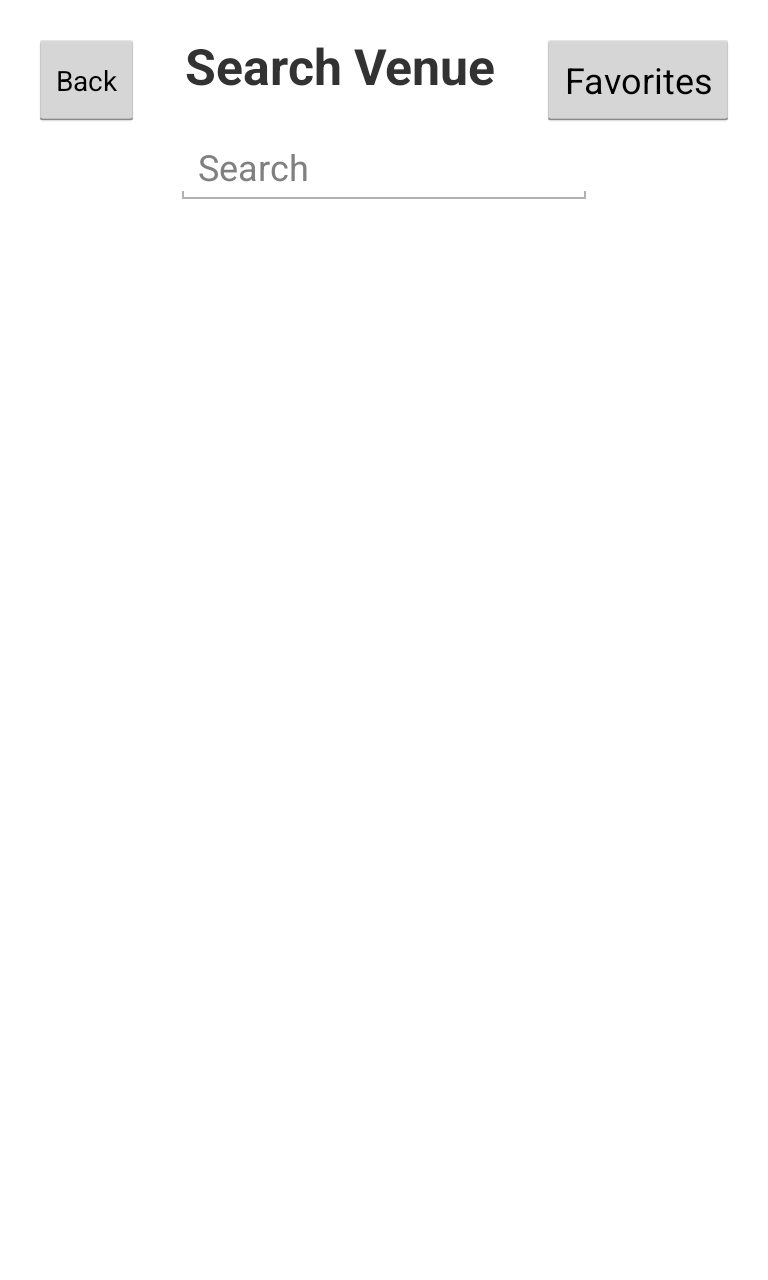
Repository: PotatoBiscuit/Thirstbuster
Layout: MobApp/workspace/DrinkAndGo/res/layout/activity_venue_search.xml
The author's editor kept a copy of each file at every save. The layout is drawn from the files as they stood at one save, then again after the next save.
It is drawn on a 768 x 1280 px phone screen (xhdpi) without system bars, with theme AppTheme; the app's code is not run. The app's manifest (not shown) leaves right-to-left support off. So textAlignment, textDirection and layoutDirection are ignored, and left and right values win over start and end ones.

Above is the layout before, as saved 2016-04-18 02:23:03.

### MobApp/workspace/DrinkAndGo/res/layout/activity_venue_search.xml
<LinearLayout xmlns:android="http://schemas.android.com/apk/res/android"
    xmlns:tools="http://schemas.android.com/tools"
    android:layout_width="match_parent"
    android:layout_height="match_parent"
    android:gravity="center_horizontal"
    android:orientation="vertical"
    android:paddingBottom="@dimen/activity_vertical_margin"
    android:paddingLeft="@dimen/activity_horizontal_margin"
    android:paddingRight="@dimen/activity_horizontal_margin"
    android:paddingTop="@dimen/activity_vertical_margin"
    android:focusableInTouchMode="true"
    tools:context="com.CS477.drinkandgo.activities.VenueSearchActivity" >

    <RelativeLayout
        android:layout_width="match_parent"
        android:layout_height="wrap_content" >

        <TextView
            android:id="@+id/title_search_venue"
            android:layout_width="wrap_content"
            android:layout_height="wrap_content"
            android:layout_alignParentTop="true"
            android:layout_centerHorizontal="true"
            android:layout_toEndOf="@id/backButton"
            android:layout_toLeftOf="@id/favorites_view"
            android:layout_toRightOf="@id/backButton"
            android:layout_toStartOf="@id/favorites_view"
            android:ems="10"
            android:gravity="center_horizontal"
            android:text="@string/search_venue"
            android:textSize="@dimen/title_size2"
            android:textStyle="bold" />

        <Button
            android:id="@+id/backButton"
            style="?android:attr/buttonStyleSmall"
            android:layout_width="wrap_content"
            android:layout_height="wrap_content"
            android:layout_alignParentStart="true"
            android:layout_alignParentTop="true"
            android:onClick="goBack"
            android:text="@string/back" />

        <Button
            android:id="@+id/favorites_view"
            android:layout_width="wrap_content"
            android:layout_height="wrap_content"
            android:layout_alignParentEnd="true"
            android:layout_alignParentTop="true"
            android:text="@string/favorites" />

    </RelativeLayout>

    <EditText
        android:id="@+id/search_value"
        android:layout_width="wrap_content"
        android:layout_height="wrap_content"
        android:ems="10"
        android:hint="@string/search" />

    <ScrollView
        android:layout_width="fill_parent"
        android:layout_height="wrap_content">
	    <LinearLayout
	        android:id="@+id/venue_list"
	        android:layout_width="match_parent"
	        android:layout_height="wrap_content"
	        android:layout_gravity="center_horizontal"
	        android:gravity="center_horizontal"
	        android:orientation="vertical" >

	    </LinearLayout>
	</ScrollView>

</LinearLayout>

### MobApp/workspace/DrinkAndGo/res/values/dimens.xml
<resources>

    <!-- Default screen margins, per the Android Design guidelines. -->
    <dimen name="activity_horizontal_margin">16dp</dimen>
    <dimen name="activity_vertical_margin">16dp</dimen>
    <dimen name="title_size">72px</dimen>
    <dimen name="button_margin">10dp</dimen>
    <dimen name="title_margin">50dp</dimen>
    <dimen name="title_size2">25dp</dimen>

</resources>

### MobApp/workspace/DrinkAndGo/res/values/strings.xml
<?xml version="1.0" encoding="utf-8"?>
<resources>

    <string name="app_name">DrinkAndGo</string>
    <string name="sign_in">Sign In</string>
    <string name="sign_up">Sign Up</string>
    <string name="title_activity_sign_in">SignInActivity</string>
    <string name="hello_world">Hello world!</string>
    <string name="action_settings">Settings</string>
    <string name="title_activity_sign_up">SignUpActivity</string>
    <string name="username">Username</string>
    <string name="password">Password</string>
    <string name="submit">Submit</string>
    <string name="title_activity_venue_search">VenueSearchActivity</string>
    <string name="name">Name</string>
    <string name="confirm_password">Re-enter Password</string>
    <string name="card_number">Credit Card Number</string>
    <string name="password_error">Passwords do not match!</string>
    <string name="input_error">All fields must be filled!</string>
    <string name="username_error">Username or password is incorrect!</string>
    <string name="username_not_unique">Username is already taken!</string>
    <string name="search_venue">Search Venue</string>
    <string name="search">Search</string>
    <string name="select">Select</string>
    <string name="title_activity_menu">MenuActivity</string>
    <string name="back">Back</string>
    <string name="cart">Cart</string>
    <string name="title_activity_cart">CartActivity</string>
    <string name="order">Order</string>
    <string name="self">Self-Service</string>
    <string name="table">Table-Service</string>
    <string name="enter_table_num">Enter Table Number</string>
    <string name="title_activity_order">OrderActivity</string>
    <string name="order_number">Order Number</string>
    <string name="status">Status</string>
	<string name="home">Return</string>
	<string name="new_order">New</string>
	<string name="favorites">Favorites</string>

</resources>

Loaded but not shown: MobApp/workspace/DrinkAndGo/res/values/styles.xml (common file); MobApp/workspace/DrinkAndGo/res/values-v11/styles.xml (common file); MobApp/workspace/DrinkAndGo/res/values-v14/styles.xml (common file); MobApp/workspace/DrinkAndGo/res/values-w820dp/dimens.xml (common file)

After the next save:
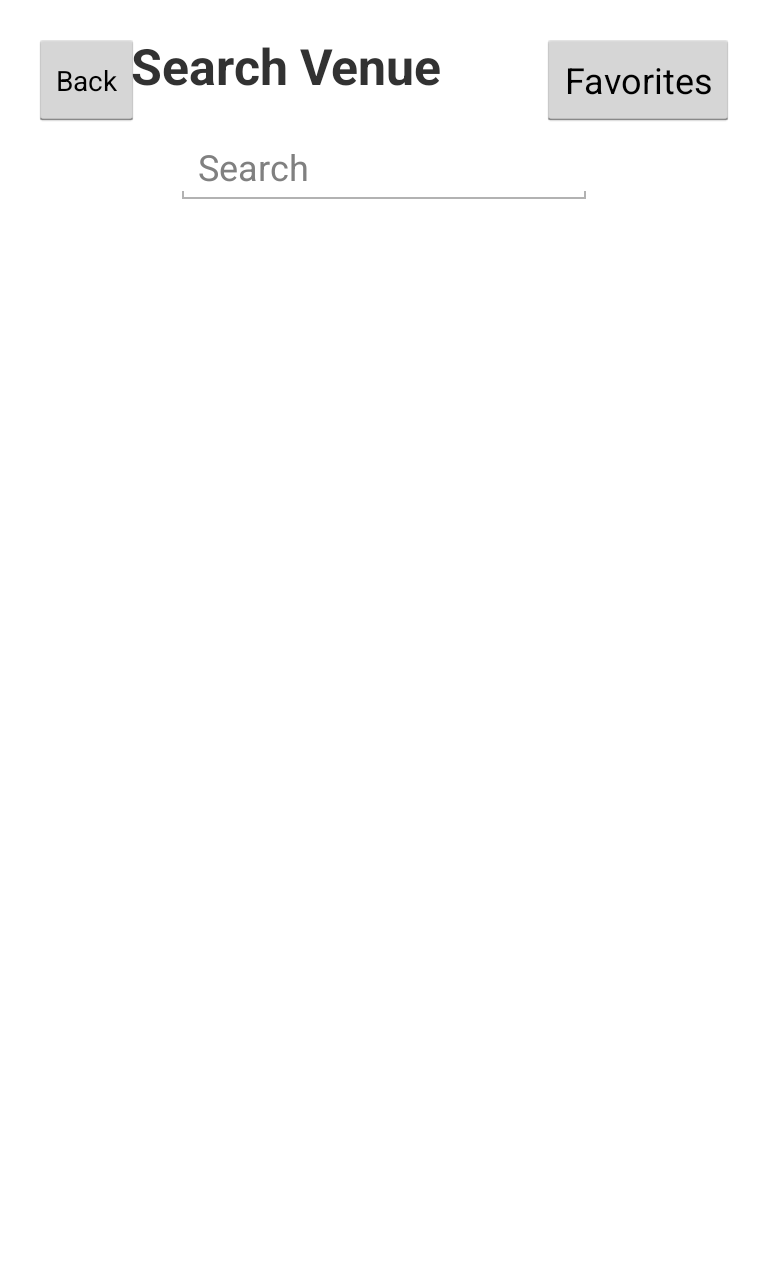
Saved 18 s later.
--- a/MobApp/workspace/DrinkAndGo/res/layout/activity_venue_search.xml
+++ b/MobApp/workspace/DrinkAndGo/res/layout/activity_venue_search.xml
@@ -22,8 +22,7 @@
             android:layout_alignParentTop="true"
             android:layout_centerHorizontal="true"
             android:layout_toEndOf="@id/backButton"
-            android:layout_toLeftOf="@id/favorites_view"
-            android:layout_toRightOf="@id/backButton"
+            android:layout_toRightOf="@dimen/activity_horizontal_margin"
             android:layout_toStartOf="@id/favorites_view"
             android:ems="10"
             android:gravity="center_horizontal"

After the save that followed:
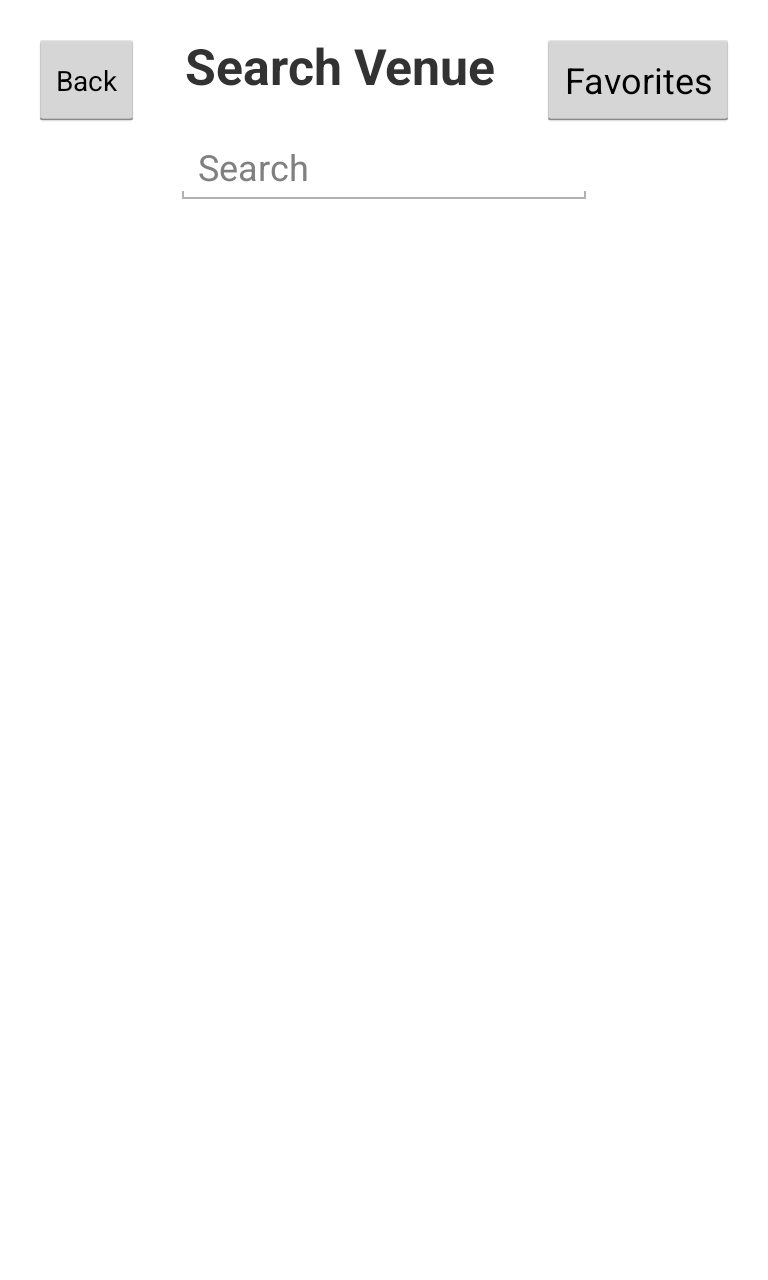
Saved 13 s later.
--- a/MobApp/workspace/DrinkAndGo/res/layout/activity_venue_search.xml
+++ b/MobApp/workspace/DrinkAndGo/res/layout/activity_venue_search.xml
@@ -22,7 +22,6 @@
             android:layout_alignParentTop="true"
             android:layout_centerHorizontal="true"
             android:layout_toEndOf="@id/backButton"
-            android:layout_toRightOf="@dimen/activity_horizontal_margin"
             android:layout_toStartOf="@id/favorites_view"
             android:ems="10"
             android:gravity="center_horizontal"
